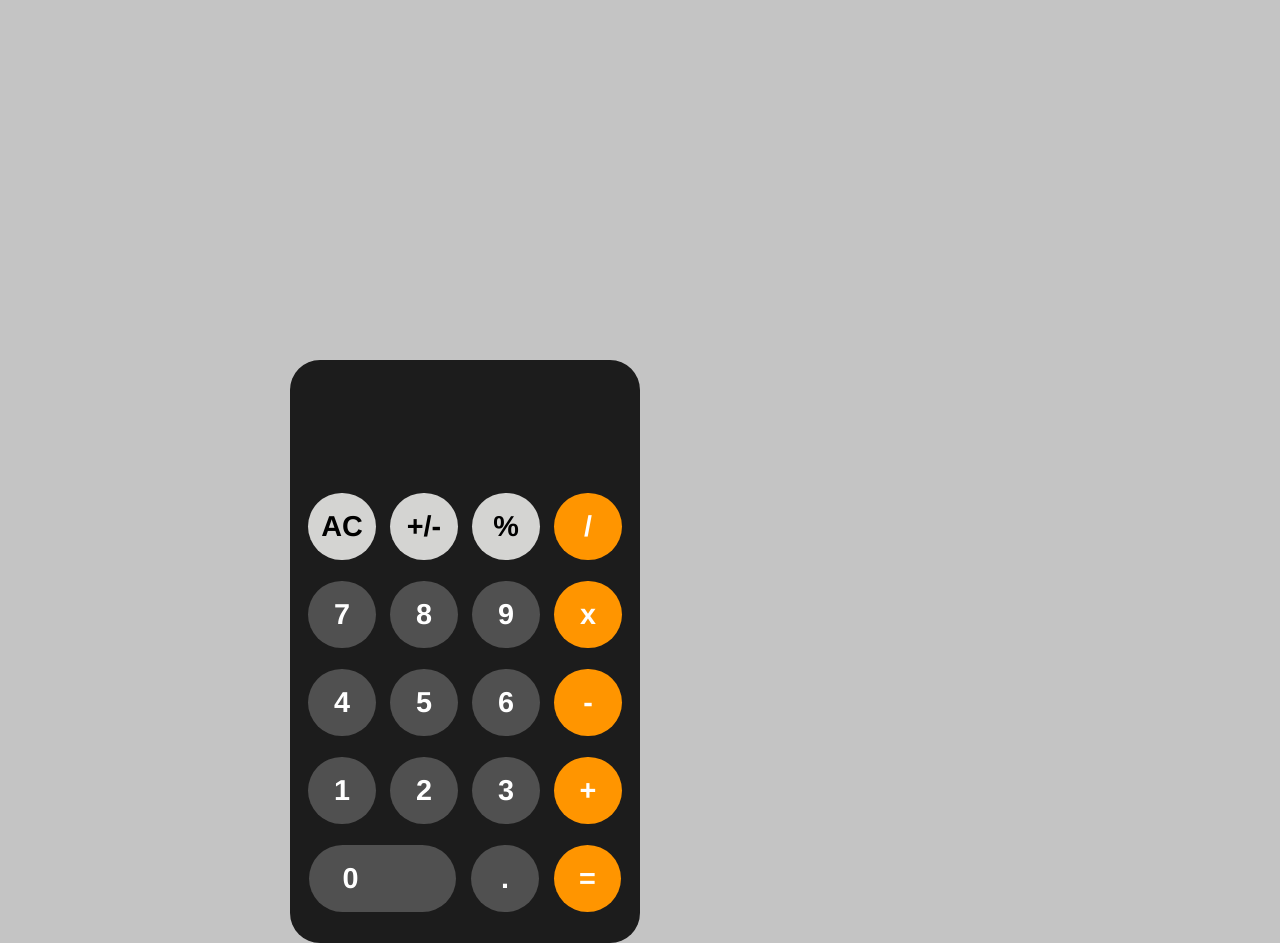
Repository: raulpenate/Calculadora-VUE3
Page: /
An editor plug-in stored every save of this project. The page is shown before and after the next save, followed by the edit.
The browser window is 1280 px wide. The pictures show the whole page.
The project was rebuilt for these pictures with package versions that can differ from the ones it lists, and the page was loaded fresh each time.

Above is the page before, as saved 2022-03-12 07:43:58.

### src/App.vue
<template>
  <Calculator />
</template>

<script>
import Calculator from "./components/Calculator.vue";

export default {
  name: "App",
  components: {
    Calculator,
  },
};
</script>

<style>
#app {
  font-family: Avenir, Helvetica, Arial, sans-serif;
  display: flex;
  align-items: center;
  position: absolute;
  top: 50%;
  right: 50%;
  -ms-transform: translateY(-50%, -50%);
  transform: translateY(-50%, -50%);
}
</style>

### src/components/Calculator.vue
<template>
    <div class="carcasa">
      <div class="pantalla">
        <div class="datosanteriores">
          <label class="">{{ pantallasuperior }}</label>
        </div>
        <input
          v-model="pantallainterna"
          class="pantallainterna"
          type="text"
          name="numero"
          pattern="\d"
          readonly
        />
      </div>
      <div class="fila">
        <div @click="reset" class="boton gris">AC</div>
        <div @click="invertirSigno" class="boton gris">+/-</div>
        <div @click="porcentaje" class="boton gris">%</div>
        <div class="boton orange">/</div>
      </div>
      <div class="fila">
        <div @click="agregarNumero('7')" class="boton">7</div>
        <div @click="agregarNumero('8')" class="boton">8</div>
        <div @click="agregarNumero('9')" class="boton">9</div>
        <div @click="agregarNumero('')" class="boton orange">x</div>
      </div>
      <div class="fila">
        <div @click="agregarNumero('4')" class="boton">4</div>
        <div @click="agregarNumero('5')" class="boton">5</div>
        <div @click="agregarNumero('6')" class="boton">6</div>
        <div class="boton orange">-</div>
      </div>
      <div class="fila">
        <div @click="agregarNumero('1')" class="boton">1</div>
        <div @click="agregarNumero('2')" class="boton">2</div>
        <div @click="agregarNumero('3')" class="boton">3</div>
        <div @click="sumar" class="boton orange">+</div>
      </div>
      <div class="fila final">
        <div @click="agregarCero" class="boton grande">0</div>
        <div @click="agregarPunto" class="boton">.</div>
        <div @click="igual" class="boton orange">=</div>
      </div>
    </div>
</template>

<script>
export default {
  name: "Calculator",
  props: {
    numero: Number,
  },
  data() {
    return {
      pantallainterna: this.numero,
      pantallasuperior: this.numero,

    };
  },
  methods: {
    agregarNumero(valor) {
      if (!this.pantallainterna) {
        this.pantallainterna = valor;
      } else {
        this.pantallainterna += valor;
      }
    },
    agregarCero() {
        if (!this.pantallainterna) {
          this.pantallainterna = "0";
        } else {
          this.pantallainterna += "0";
        }
    },
    agregarPunto() {
      if (this.pantallainterna.search(/\./g) == -1) {
        this.pantallainterna += ".";
      }
    },
    reset() {
      this.pantallainterna = null;
      this.pantallasuperior = null;
    },
    porcentaje(){
        this.pantallainterna = (this.pantallainterna * 0.01);
    },
    invertirSigno(){

    },
    sumar(){
      if(!!this.pantallainterna){
        this.pantallasuperior =  `+ ${this.pantallainterna}`;
        this.pantallainterna = '';
      }
    },
    hacerOperacion(primerTermino, segundoTermino, signo){
      return (signo == "+") ? (primerTermino + segundoTermino) :
             (signo == "-") ? (primerTermino - segundoTermino) :
             (signo == "x") ? (primerTermino * segundoTermino) :
             (signo == "/") ? (primerTermino / segundoTermino) : "Signo no encontrado";
    },
    igual(){
      //REGEX To find any, ^ start with x, -, /,  + simbol, \s for a space, gm global multiline
      let wea = this.pantallasuperior.search(/^(\x|\-|\/|\+)\s/gm);
      console.log(wea);
    }
  },
};
</script>

<style>
* {
  padding: 0;
  margin: 0;
  box-sizing: border-box;
}

body {
  background: #c4c4c4;
  margin: auto 30%;
}

/* CARCASA */

.carcasa {
  background: #1c1c1c;
  display: flex;
  flex-flow: wrap;
  justify-content: space-between;
  border-radius: 30px;
  max-width: 350px;
}

/* PANTALLA */

.pantalla {
  padding: 5%;
  display: flex;
  flex-wrap: wrap;
  align-content: stretch;
  width: 100%;
}

.pantallainterna {
  display: inline-block;
  position: relative;
  width: 100%;
  background: #1c1c1c;
  color: #ffffff;
  outline: none;
  border: none;
  text-align: right;
  font-size: 8vh;
}

input[type="number"]::-webkit-inner-spin-button,
input[type="number"]::-webkit-outer-spin-button {
  -webkit-appearance: none;
  margin: 0;
}

.datosanteriores {
  font-size: 3vh;
  width: 100%;
  color: #fff;
  text-align: right;
  height: 3vh;
}

/* BOTONES */

.fila {
  width: 100%;
  font-weight: bold;
  display: flex;
  flex-flow: wrap row;
  justify-content: space-evenly;
  margin: 2%;
}

.boton {
  background: #505050;
  color: #ffffff;
  width: 20px;
  height: 20px;
  position: relative;
  font-size: 4vh;
  padding: 10%;
  display: flex;
  justify-content: center;
  align-items: center;
  border-radius: 50%;
  margin: 1%;
}

.orange {
  background: #ff9500;
}

.gris {
  background: #d4d4d2;
  color: #000;
}

.boton:hover {
  background: rgba(255, 255, 255, 0.4);
}

.orange:hover {
  background: rgba(247, 127, 72, 0.9);
}

.inicio {
  margin-top: 1%;
}

.final {
  margin-bottom: 8%;
}

.grande {
  flex-grow: 0.7;
  border-radius: 50px;
  display: flex;
  justify-content: start;
}
</style>

Loaded but not shown: public/index.html (common file); src/main.js (common file)

After the next save:
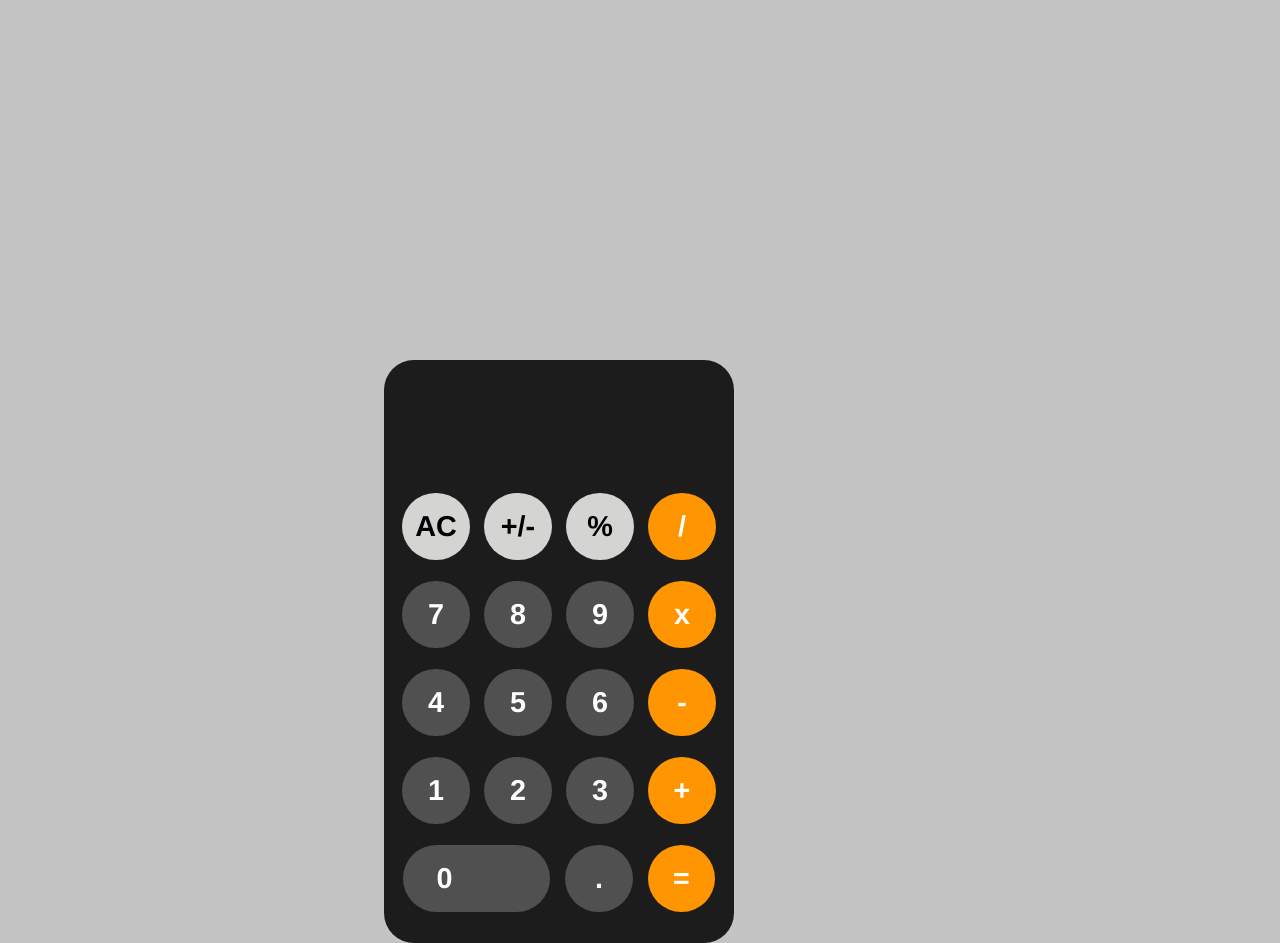
Saved 5 s later.
--- a/src/App.vue
+++ b/src/App.vue
@@ -20,7 +20,6 @@ export default {
   align-items: center;
   position: absolute;
   top: 50%;
-  right: 50%;
   -ms-transform: translateY(-50%, -50%);
   transform: translateY(-50%, -50%);
 }
